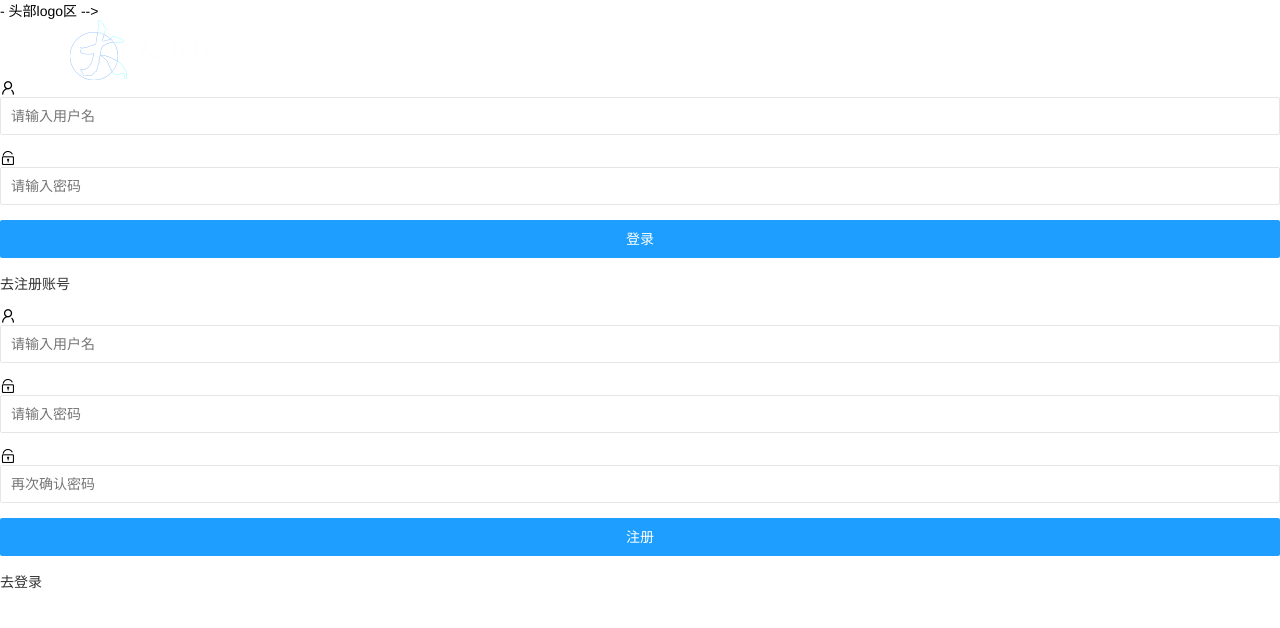
Repository: haloxxi/web_bigevent
Page: login.html
The author's editor kept a copy of each file at every save. The page is drawn from the files as they stood at one save, then again after the next save.
The browser window is 1280 px wide. The pictures show the whole page.

Above is the page before, as saved 2022-06-26 14:26:42.

### login.html
<!DOCTYPE html>
<html lang="en">

<head>
    <meta charset="UTF-8">
    <meta http-equiv="X-UA-Compatible" content="IE=edge">
    <meta name="viewport" content="width=device-width, initial-scale=1.0">
    <title>Document</title>
    <!-- 导入css样式 -->
    <link rel="stylesheet" href="/assets/lib/layui/css/layui.css">
    <!-- 导入自己css样式表 -->
    <link rel="stylesheet" href="/assets/css/user/user-avatar.css">
</head>

<body>
    <!-- 卡片区域 -->
</body>

</html>- 头部logo区 -->
<div class="layui-main">
    <img src="/assets/images/logo.png" alt="">
</div>

<!-- 登录注册区 -->
<div class="loginAndRegBox">
    <div class="title-box"></div>
    <!-- 登录区 -->
    <div class="login-box">
        <!-- 登录的表单 -->
        <!-- 用户名 -->
        <form class="layui-form" action="" id="form-login">
            <div class="layui-form-item">
                <i class="layui-icon layui-icon-username"></i>
                <input type="text" name="username" required lay-verify="required" placeholder="请输入用户名" autocomplete="off" class="layui-input">
            </div>
            <!-- 密码 -->
            <div class="layui-form-item">
                <i class="layui-icon layui-icon-password"></i>
                <input type="password" name="password" required lay-verify="required" placeholder="请输入密码" autocomplete="off" class="layui-input">
            </div>
            <!-- 按钮 -->
            <div class="layui-form-item">
                <!-- 注意：表单提交按钮和普通表单的区别，就是lay-submit属性 -->
                <!-- layui-btn-fluid 独占一行的属性 -->
                <!--  layui-btn-normal 显示绿色的属性 -->
                <button class="layui-btn layui-btn-fluid  layui-btn-normal" lay-submit>登录</button>

            </div>
            <!-- javascript;:只是为了防止跳转 -->
            <div class="layui-form-item links">
                <a href="javascript:;" id="link-reg">去注册账号</a>
            </div>
        </form>

    </div>
    <!-- 注册区 -->
    <div class="reg-box">
        <!-- 注册的表单 -->
        <form class="layui-form" action="" id="form-reg">
            <div class="layui-form-item">
                <i class="layui-icon layui-icon-username"></i>
                <input type="text" name="username" required lay-verify="required" placeholder="请输入用户名" autocomplete="off" class="layui-input">
            </div>
            <!-- 密码 -->
            <div class="layui-form-item">
                <i class="layui-icon layui-icon-password"></i>
                <input type="password" name="password" required lay-verify="required|pwd|repwd" placeholder="请输入密码" autocomplete="off" class="layui-input">
            </div>
            <!-- 密码 -->
            <div class="layui-form-item">
                <i class="layui-icon layui-icon-password"></i>
                <input type="password" name="repassword" required lay-verify="required|pwd|repwd" placeholder="再次确认密码" autocomplete="off" class="layui-input">
            </div>
            <!-- 按钮 -->
            <div class="layui-form-item">
                <!-- 注意：表单提交按钮和普通表单的区别，就是lay-submit属性 -->
                <!-- layui-btn-fluid 独占一行的属性 -->
                <!--  layui-btn-normal 显示绿色的属性 -->
                <button class="layui-btn layui-btn-fluid  layui-btn-normal" lay-submit>注册</button>

            </div>
            <!-- javascript;:只是为了防止跳转 -->
            <div class="layui-form-item links">
                <a href="javascript:;" id="link-login">去登录</a>
            </div>
        </form>

    </div>
    <!-- 导入layUI的js文件 在表单验证的时候生效 -->
    <script src="/assets/lib/layui/layui.all.js"></script>
    <!-- 导入jQuery -->
    <script src="/assets/lib/jquery.js"></script>
    <!-- 依赖jQuery 又在自己写的脚本之前生效 -->
    <script src="/assets/js/baseAPI.js"></script>
    <!-- 导入自己的JavaScript脚本 -->
    <script src="/assets/js/login.js"></script>
    </body>

    </html>

### assets/js/baseAPI.js
// 注意：每次调用$.get（）/$.ajax()的时候
// 会先调用个ajaxprefilter()这个函数
// 这个函数会给我们Ajax配置一个对象
$.ajaxPrefilter(function(options) {

    // 在发起真正的Ajax之前 统一拼接路径
    // http://api-breakingnews-web.itheima.net
    // https://www.showdoc.com.cn/1425457596992351/6972620264462285
    // http://big-event-api-t.itheima.net
    options.url = 'http://api-breakingnews-web.itheima.net' + options.url
        // console.log(options.url)

    // 统一为有权限的接口设置headers
    // 不是所有都要加headers 只有my开头的需要
    if (options.url.indexOf('/my/') !== -1) {
        options.headers = {
            Authorization: localStorage.getItem('token') || ''
        }
    }

    // 全局挂载complete回调函数
    options.complete = function(res) {
        // console.log('执行了complete回调')
        // console.log(res)
        // 在complete函数中可以那倒res.responseJSON拿到响应回来的数据
        if (res.responseJSON.status === 1 && res.responseJSON.message === '身份认证失败！') {
            // 1-强制清空
            localStorage.removeItem('token')
                // 2-强制跳转登录页面
            location.href = '/login.html'
        }
    }
})

### assets/js/login.js
$(function() {
    // 点击去注册账号的链接
    $('#link-reg').on('click', function() {
        $('.login-box').hide()
        $('.reg-box').show()
    })


    // 点击去登录链接
    $('#link-login').on('click', function() {
        $('.login-box').show()
        $('.reg-box').hide()
    })

    // 自定义校验规则
    // 从layUI获取form对象
    var form = layui.form
    var layer = layui.layer
        // 通过layui.form（）来自定义检验规则
    form.verify({
            // 自定义一个psw校验规则 [\S]非空格
            pwd: [
                /^[\S]{6,12}$/, '密码必须6到12位,且不能出现空格'
            ],
            // 校验两次密码是否一致
            repwd: function(value) {
                // 通过形参value拿到的是确认密码框的内容
                // 还需要那倒密码框的内容
                // 然后进行下一次判断
                // 判断失败则return err
                var pwd = $('.reg-box  [name=password]').val()
                if (pwd != value) {
                    return '两次密码不一样'
                }
            }
        })
        // 监听注册表单的提交事件
    $('#form-reg').on('submit', function(e) {
        // 阻止默认提交行为
        e.preventDefault()
            // 参数太长 可以提取出来  http://api-breakingnews-web.itheima.net
        var data = {
            username: $('#form-reg [name=username]').val(),
            password: $('#form-reg [name=password]').val()
        }
        $.post('/api/reguser',
            data,
            function(res) {
                if (res.status !== 0) {
                    // return console.log(res.message)
                    return layer.msg(res.message)
                }
                // console.log('注册成功！')
                layer.msg('注册成功')
                    // 模拟人的手动点击行为
                $('#link-login').click()

            })
    })

    // 监听登录的表单
    $('#form-login').submit(function(e) {
        // 阻止默认提交行为
        e.preventDefault()
        $.ajax({
            url: '/api/login',
            method: 'POST',
            // serialize()快速获取表单中的数据
            data: $(this).serialize(),
            success: function(res) {
                if (res.status !== 0) {
                    // return layer.msg('登陆失败！')
                    return console.log(res.message)
                }
                layer.msg('登录成功！')
                    // console.log(res.token)
                    // 将登录成功的token值保存到localStorage中
                localStorage.setItem('token', res.token)
                    // 跳转到后台主页
                location.href = '/index.html'
            }
        })
    })
})

Loaded but not shown: assets/lib/layui/css/layui.css (library); assets/lib/layui/layui.all.js (library); assets/lib/jquery.js (library); assets/lib/layui/css/modules/laydate/default/laydate.css (library); assets/lib/layui/css/modules/layer/default/layer.css (library); assets/lib/layui/css/modules/code.css (common file); assets/css/user/user-avatar.css (no stored copy; drawn as an empty file)

After the next save:
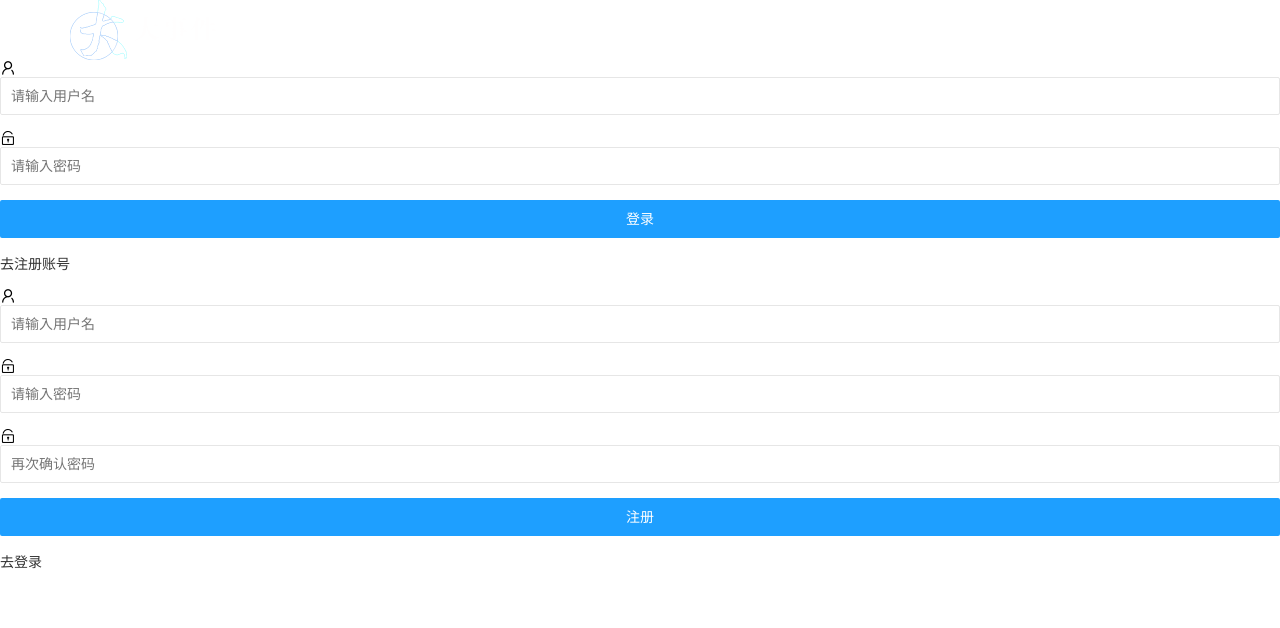
Saved 2 h 54 min later.
--- a/login.html
+++ b/login.html
@@ -16,7 +16,7 @@
     <!-- 卡片区域 -->
 </body>
 
-</html>- 头部logo区 -->
+</html>
 <div class="layui-main">
     <img src="/assets/images/logo.png" alt="">
 </div>
